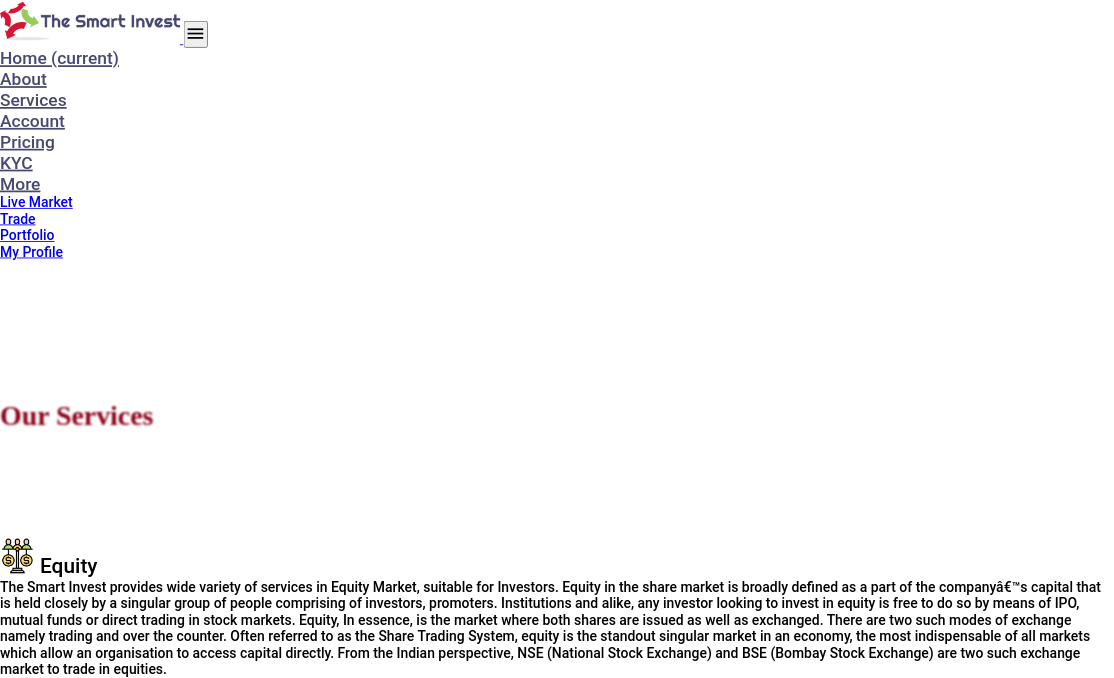
Repository: Demonster1999/Invest-Mart-new
Page: services.html
These files come from the project's save history. The page is drawn as it stood at one moment and after the next save; the edit follows.
The browser window is 1280 px wide. The pictures show the whole page, at 87% of full size.
Some web libraries are served in a nearby version.

Above is the page before, as saved 2020-05-01 21:30:21.
Console error: TypeError: Failed to execute 'addEventListener' on 'EventTarget': parameter 2 is not of type 'Object'.

### services.html
<!doctype html>
<html lang="en">

<head>
  <!-- Required meta tags -->
  <meta charset="utf-8">
  <meta name="viewport" content="width=device-width, initial-scale=1, shrink-to-fit=no">

  <!-- Material Design for Bootstrap fonts and icons -->
  <link rel="stylesheet" href="https://fonts.googleapis.com/css?family=Roboto:300,400,500,700|Material+Icons">

  <!-- Material Design for Bootstrap CSS -->
  <link rel="stylesheet"
    href="https://unpkg.com/bootstrap-material-design@4.1.1/dist/css/bootstrap-material-design.min.css"
    integrity="sha384-wXznGJNEXNG1NFsbm0ugrLFMQPWswR3lds2VeinahP8N0zJw9VWSopbjv2x7WCvX" crossorigin="anonymous">

    <link rel="stylesheet" href="static/css/custom.css">
  <title>Services: Invest-Smart</title>
</head>

<body style = "font-family : ROBOTO MEDIUM" onload="window.addEventListener('load', fadeEffect);">
  <!-- preloader start -->
<div class="preloader" style="opacity: 1;">
  <img src="static/imgs/preloaderspin.svg" class="filler-green" alt="spinner">
</div>
  <!-- preloader end  -->

  <!-- nav start -->

  <nav class="navbar navbar-expand-lg fixed-top   text-center   ">
     <a class="navbar-brand" href="#">
       <img src="static/imgs/smartlogo.png"  height = "50"
         class="d-inline-block align-top" alt="">

     </a>
  <button class="navbar-toggler" type="button" data-toggle="collapse" data-target="#navbarSupportedContent"
    aria-controls="navbarSupportedContent" aria-expanded="false" aria-label="Toggle navigation">
    <span class="navbar-toggler-icon material-icons">menu</span>
  </button>

    <div class="collapse navbar-collapse justify-content-end  " id="navbarSupportedContent">
      <ul class="navbar-nav ">
        <li class="nav-item active mx-2 p-2">
          <a class="nav-link2" href="index.html">Home <span class="sr-only">(current)</span></a>
        </li>

        <li class="nav-item mx-2  p-2">
          <a href="About.html" class="nav-link2">About</a>
        </li>
        <li class="nav-item mx-2 p-2"><a href="services.html" class="nav-link2 ">Services</a></li>
        <li class="nav-item mx-2 p-2"><a href="Account.html" class="nav-link2">Account</a></li>
        <li class="nav-item mx-2 p-2"><a href="pricing.html" class="nav-link2">Pricing</a> </li>
        <li class="nav-item mx-2 p-2">
          <a class="nav-link2 " href="kyc.html">KYC</a>
        </li>
        <li class="nav-item mx-2 p-2 dropdown">
          <a class="nav-link2 dropdown-toggle" href="#" id="navbarDropdown" role="button" data-toggle="dropdown"
            aria-haspopup="true" aria-expanded="false">
            More
          </a>
          <div class="dropdown-menu" style= "background-color : rgba(255,255,255,0.45)" aria-labelledby="navbarDropdown">
            <a class="dropdown-item" href="#">Live Market</a>
            <div class="dropdown-divider"></div>
            <a class="dropdown-item" href="#">Trade</a>
            <div class="dropdown-divider"></div>
            <a class="dropdown-item" href="#">Portfolio</a>
            <div class="dropdown-divider"></div>
            <a class="dropdown-item" href="#">My Profile</a>
          </div>
        </li>

      </ul>

    </div>
  </nav>

  <!--  services Banner  -->

  <div class="top-wrapper p-5 text-center ">

    <h1 >
      Our Services
    </h1>

  </div>

  <!-- services Provided
   -->
   <div class="services container pt-5 mt-5">
     <div>
       <h2 class="m-2"> <img src="static/imgs/icons/equity.png" width="40px" alt=""> Equity </h2>
       <p>
        The Smart Invest provides wide variety of services in Equity Market, suitable for Investors. Equity in the share market
        is broadly defined as a part of the companyâ€™s capital that is held closely by a singular group of people comprising of
        investors, promoters. Institutions and alike, any investor looking to invest in equity is free to do so by means of IPO,
        mutual funds or direct trading in stock markets. Equity, In essence, is the market where both shares are issued as well
        as exchanged. There are two such modes of exchange namely trading and over the counter. Often referred to as the Share
        Trading System, equity is the standout singular market in an economy, the most indispensable of all markets which allow
        an organisation to access capital directly. From the Indian perspective, NSE (National Stock Exchange) and BSE (Bombay
        Stock Exchange) are two such exchange market to trade in equities.
       </p>

     </div>
   </div>





    <script src="https://code.jquery.com/jquery-3.2.1.slim.min.js"
    integrity="sha384-KJ3o2DKtIkvYIK3UENzmM7KCkRr/rE9/Qpg6aAZGJwFDMVNA/GpGFF93hXpG5KkN"
    crossorigin="anonymous"></script>
  <script src="https://unpkg.com/popper.js@1.12.6/dist/umd/popper.js"
    integrity="sha384-fA23ZRQ3G/J53mElWqVJEGJzU0sTs+SvzG8fXVWP+kJQ1lwFAOkcUOysnlKJC33U"
    crossorigin="anonymous"></script>
  <script src="https://unpkg.com/bootstrap-material-design@4.1.1/dist/js/bootstrap-material-design.js"
    integrity="sha384-CauSuKpEqAFajSpkdjv3z9t8E7RlpJ1UP0lKM/+NdtSarroVKu069AlsRPKkFBz9"
    crossorigin="anonymous"></script>
  <script>$(document).ready(function () { $('body').bootstrapMaterialDesign(); });</script>
  <script>
    const preloader = document.querySelector('.preloader');
    const fadeEffect = setInterval(() => {
      // if we don't set opacity 1 in CSS, then
      // it will be equaled to "" -- that's why
      // we check it, and if so, set opacity to 1
      if (!preloader.style.opacity) {
        preloader.style.opacity = 1;
      }
      if (preloader.style.opacity > 0) {
        preloader.style.opacity -= 0.1;
        preloader.classList.add("loaded");
      } else {
        clearInterval(fadeEffect);
      }

    }, 100);



  </script>
</body>

</html>

### static/css/custom.css
* {
  margin: 0;
  padding: 0;
}

.overlay {
  position: fixed;
  top: 0;
  left: 0;
  width: 100%;
  height: 100%;
  z-index: 1000;
}

html,
body {
  height: 100%;
}

body::-webkit-scrollbar {
  width: 0;

}
/* Nav Style  */
.navbar{
  background-color: rgba(255,255,255,0.45);
}

a.nav-link2{
  font-weight: bolder;
  font-size: 20px;
  color:#484971;

  width:5%;
  transition: .5s;
}
 a.nav-link2:hover{
 color: hsl(351, 69%, 58%);
  font-weight: 900;
   font-size: 25px;

 width:100%;

}
.nav-item a.nav-link:active {
   color: hsl(351, 69%, 58%);
   font-weight: 900;
   font-size: 25px;
   border-bottom: solid #de4a61;
   width: 100%;

 }

 /* nav Styles End  */

/* Picture Caption Hover Effect  */
.container2 {
  position: relative;
  width: 50%;
}

.image {
  display: block;
  width: 100%;
  height: auto;
}

.overlay {
  position: absolute;
  bottom: 0;
  left: 0;
  right: 0;
  background-color: #fff;
  overflow: hidden;
  width: 100%;
  height: 0;
  transition: .5s ease;
}

.container2:hover .overlay {
  height: 100%;
}

.text {
  color: #484971;
  font-size: 15px;
  font-weight: bold;
  position: absolute;
  top: 50%;
  left: 50%;
  -webkit-transform: translate(-50%, -50%);
  -ms-transform: translate(-50%, -50%);
  transform: translate(-50%, -50%);
  text-align: justify;
}
/* Picture Caption hover Effect end  */

.carousel-inner {
  width: 100%;


}

/* main page Carousel */
.carousel-item img {
  opacity: 0.2;
  width: 100%;
  height : 640px;
  object-fit: cover;
}

/* carosel Caption for main page  */
.carousel-caption {
  position : absolute;
  text-align: center;
  top : 30%;
  position:absolute;
  z-index: 30px;

}

/* Position of Join us button and hover */
.pos {
  position: absolute;
  z-index: 60px;
  bottom : 0;
  right: 0;
  font-size: 25px;

}
.pos:hover{
     border: 1px solid #888;
    }


    /* preloader effect */
.preloader {
  align-items: center;
  background: #fff;
  display: flex;
  height: 100vh;
  justify-content: center;
  left: 0;
  position: fixed;
  top: 0;
  transition: opacity 0.3s linear;
  width: 100%;
  z-index: 9999;
  opacity: 1;
  transform: opacity 1s linear;


}
 .filter-green {
   fill: red;

 }
.preloader.loaded {

  display: none;
}

    /* preloader  */


    /* Top wrapper  */
.top-wrapper{
 width : 100%;
 height : 320px;
  background-color: #fff;

}
.top-wrapper h1{
  position: relative;
  color: #8C001A;
  top : 50%;
  filter: blur(1px);
  font-family: cursive;
}

.ourteam{
width:100%;
filter: blur(2px);
opacity: 0.5;

}

.ourteam-text2 {

  color: #484971;
  font-size: 20px;
  font-weight: 500;
  text-align: justify;
  font-family: Cambria,
    Cochin,
    Georgia,
    Times,
    'Times New Roman',
    serif;
}

.ourteam + h1{
  position: absolute;
  top: 40%;
  left : 20%;
  text-align: center;
  color: #8C001A;
  border-bottom: 5px #97cc5e solid;
  border-top: 5px #97cc5e solid;

}


.ourteam-text{

color:#484971;
font-size: 20px ;
font-weight: 500;
text-align: justify;
font-family: Cambria,
Cochin,
Georgia,
Times,
'Times New Roman',
serif;
}


.employee
{
 width: 100%;
 height : 640px;
 filter: drop-shadow(3px);

}

.employee + h1 {
  position: absolute;
  top: 50%;
  color: #fff;

}
@media only screen and (min-width: 768px){


.ourteam + h1 {
  position: absolute;
  top: 40%;
  left: 25%;
  text-align: center;
  font-size: 100px;
  font-family: cursive;
  z-index: 10px;

}

.ourteam-text {

  position: relative;
  top : 25%;
  font-size: xx-large;
}




}

After the next save:
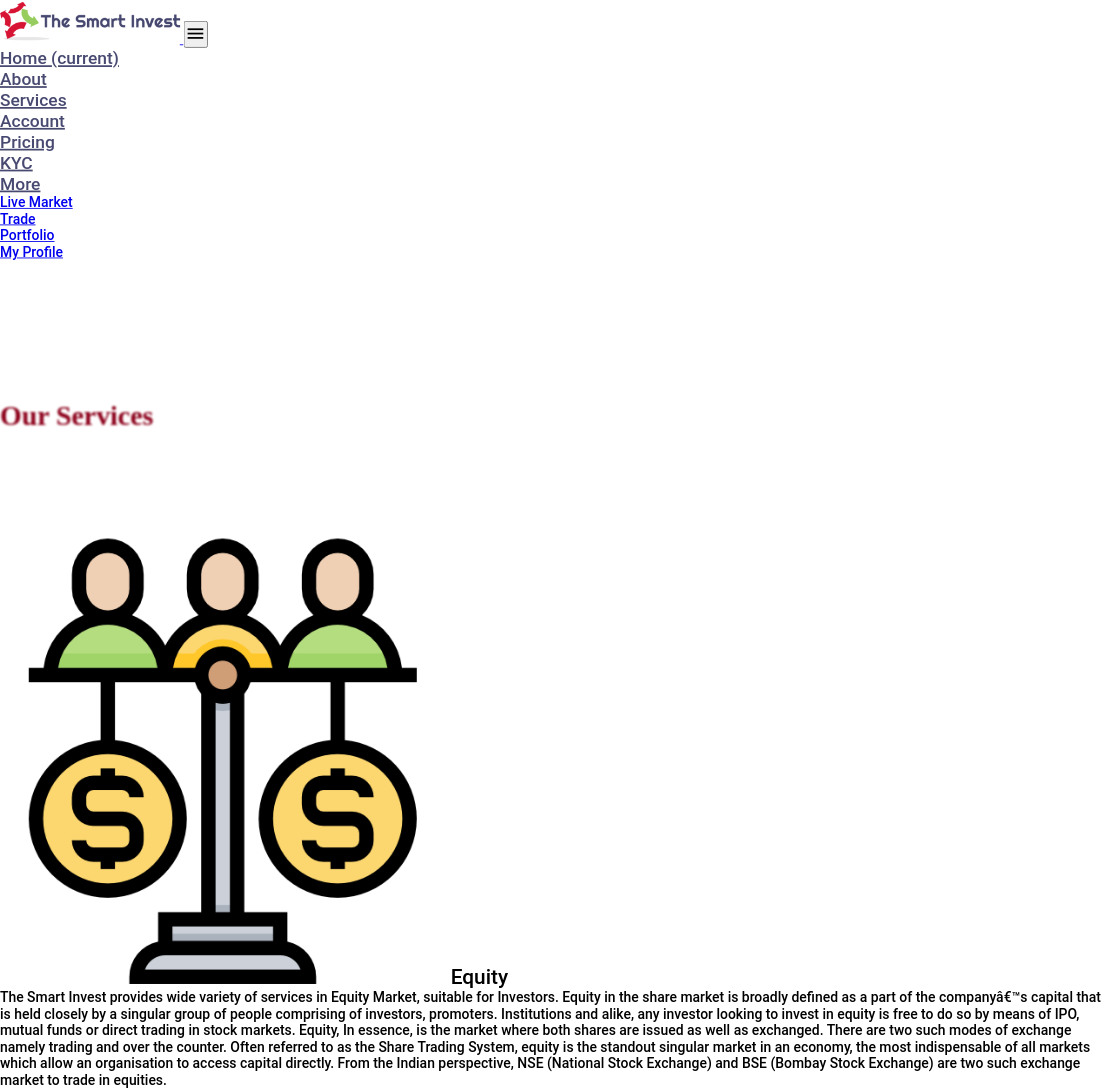
Saved 25 s later.
--- a/services.html
+++ b/services.html
@@ -88,7 +88,7 @@
    -->
    <div class="services container pt-5 mt-5">
      <div>
-       <h2 class="m-2"> <img src="static/imgs/icons/equity.png" width="40px" alt=""> Equity </h2>
+       <h2 class="m-2"> <img src="static/imgs/icons/equity.png"  alt=""> Equity </h2>
        <p>
         The Smart Invest provides wide variety of services in Equity Market, suitable for Investors. Equity in the share market
         is broadly defined as a part of the companyâ€™s capital that is held closely by a singular group of people comprising of
